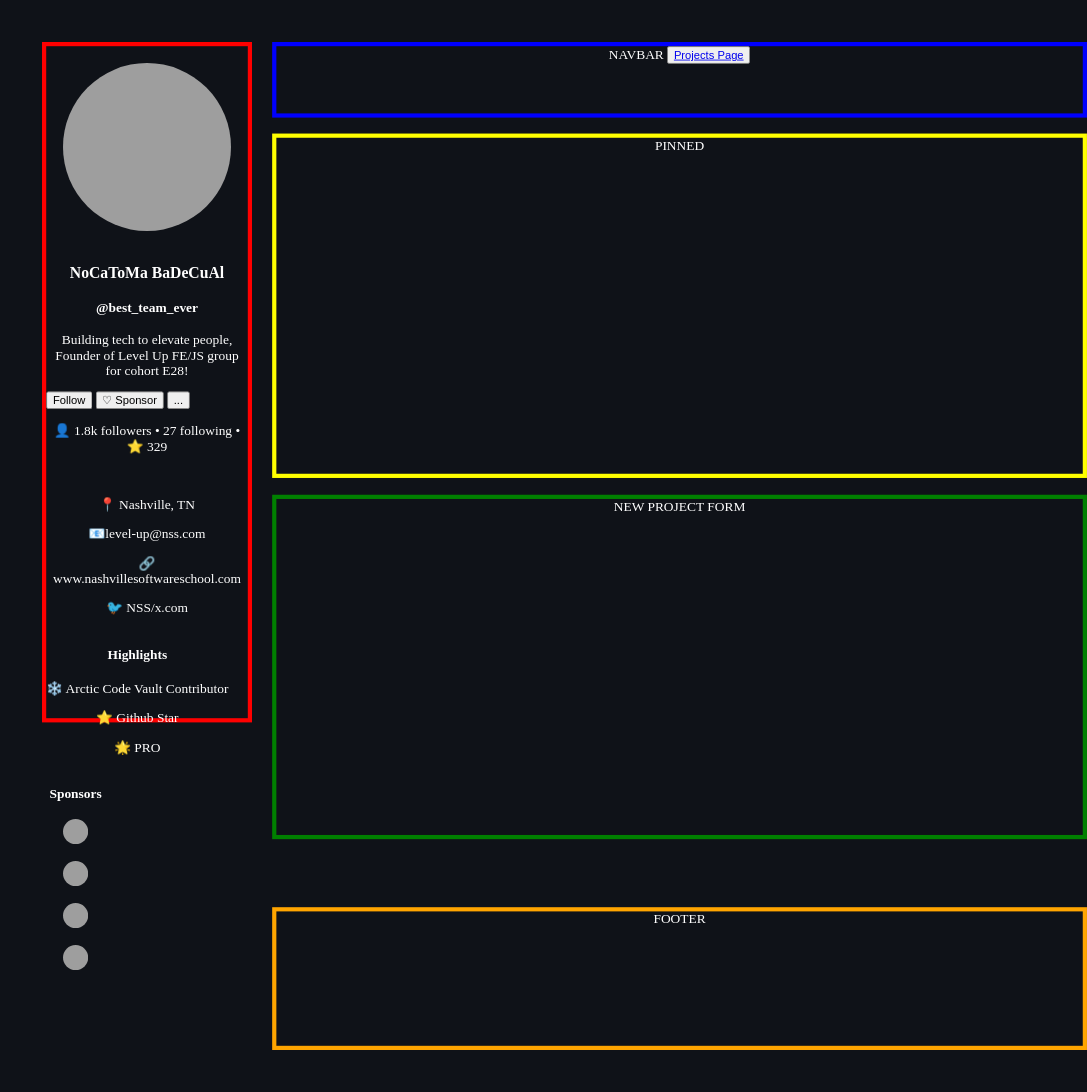
Repository: nss-evening-cohort-28/nss-evening-cohort-28-classroom-gitsub-Q1-project-gitsub
Page: index.html
The author's editor kept a copy of each file at every save. The page is drawn from the files as they stood at one save, then again after the next save.
The browser window is 1280 px wide. The page is 1294 px wide, so the pictures cover 1294 px, including what lies to the right of the window. The pictures show the whole page, at 84% of full size.
Pictures or frames that could not be fetched are drawn as grey boxes.

Above is the page before, as saved 2024-08-07 20:36:53.

After the next save:
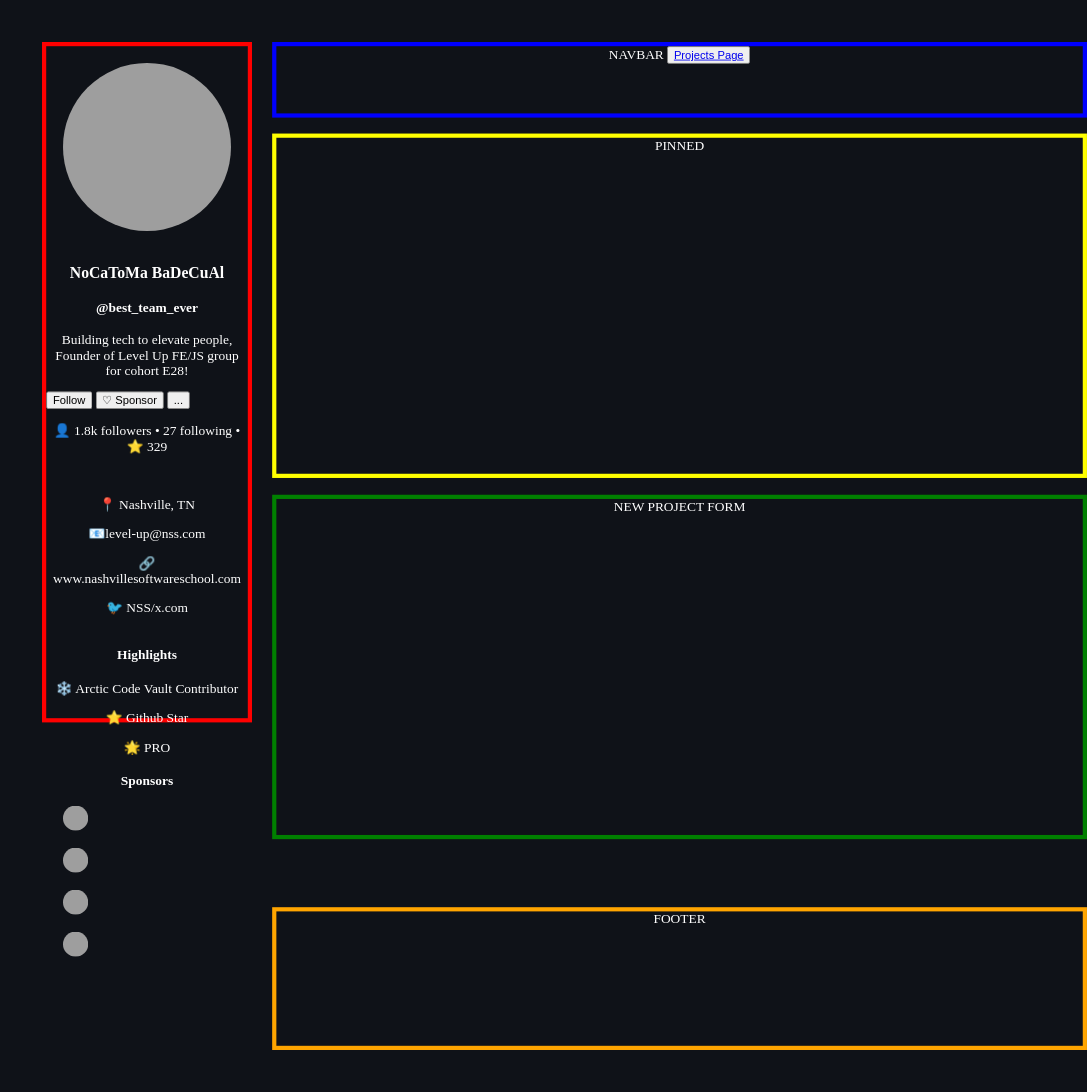
Saved 16 s later.
--- a/main.css
+++ b/main.css
@@ -16,10 +16,6 @@
 }
 
 .profile {
-    display: flex;
-    flex-wrap: wrap;
-    align-content: flex-start;
-    justify-content: flex-start;
     border: 5px solid red;
     width: 15rem;
     height: 50rem;
